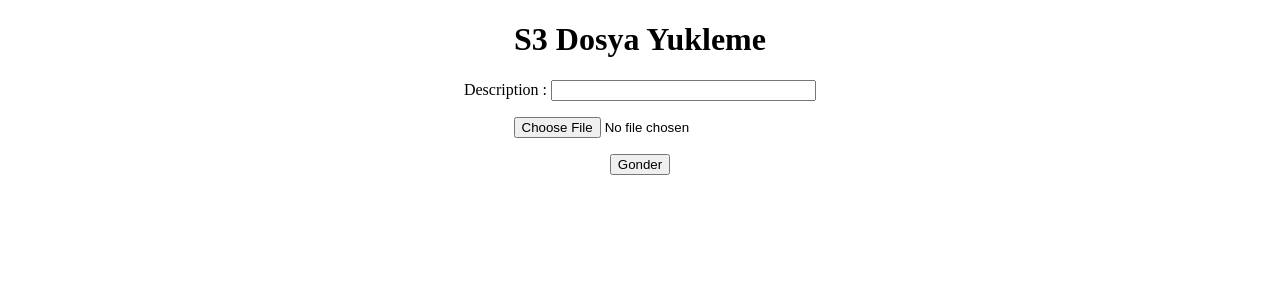
Repository: erengthb/AWS-Java-Servlet-Project
Page: http://localhost/Proje/upload.jsp
These files come from the project's save history. The page is drawn as it stood at one moment and after the next save; the edit follows.
The browser window is 1280 px wide. The pictures show the whole page.
The page is served by Tomcat 9. Other server files are loaded and not shown.

Above is the page before, as saved 2022-04-15 22:59:57.

### Proje/src/main/webapp/upload.jsp
<%@ page language="java" contentType="text/html; charset=ISO-8859-1"
    pageEncoding="ISO-8859-1"%>
<!DOCTYPE html>
<html>
<head>
<meta charset="ISO-8859-1">
<title>Dosya Yükleme</title>
</head>
<body>

<div align ="center">

<div><h1>S3  Dosya Yukleme</h1></div>
<div>
<form action ="upload" method = "post" enctype = "multipart/form-data">
<p> Description : <input type ="text" name= "Açıklama" size="30" required/> </p>

<p> <input type ="file" name = "file" required /></p>
<p> <button type= "submit" >Gonder</button> </p>


</form>
</div>
</div>


</body>
</html>

After the next save:
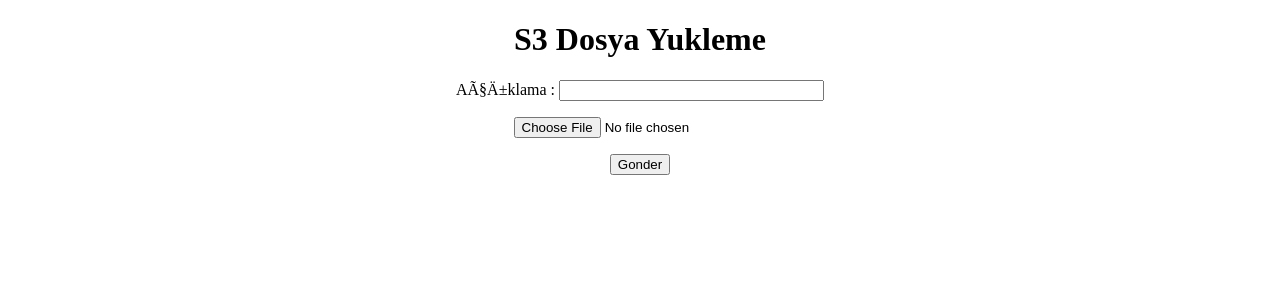
Saved 79 s later.
--- a/Proje/src/main/webapp/upload.jsp
+++ b/Proje/src/main/webapp/upload.jsp
@@ -4,7 +4,7 @@
 <html>
 <head>
 <meta charset="ISO-8859-1">
-<title>Dosya Yükleme</title>
+<title>Dosya Yukleme</title>
 </head>
 <body>
 
@@ -13,7 +13,7 @@
 <div><h1>S3  Dosya Yukleme</h1></div>
 <div>
 <form action ="upload" method = "post" enctype = "multipart/form-data">
-<p> Description : <input type ="text" name= "Açıklama" size="30" required/> </p>
+<p> Açıklama : <input type ="text" name= "Description	" size="30" required/> </p>
 
 <p> <input type ="file" name = "file" required /></p>
 <p> <button type= "submit" >Gonder</button> </p>
